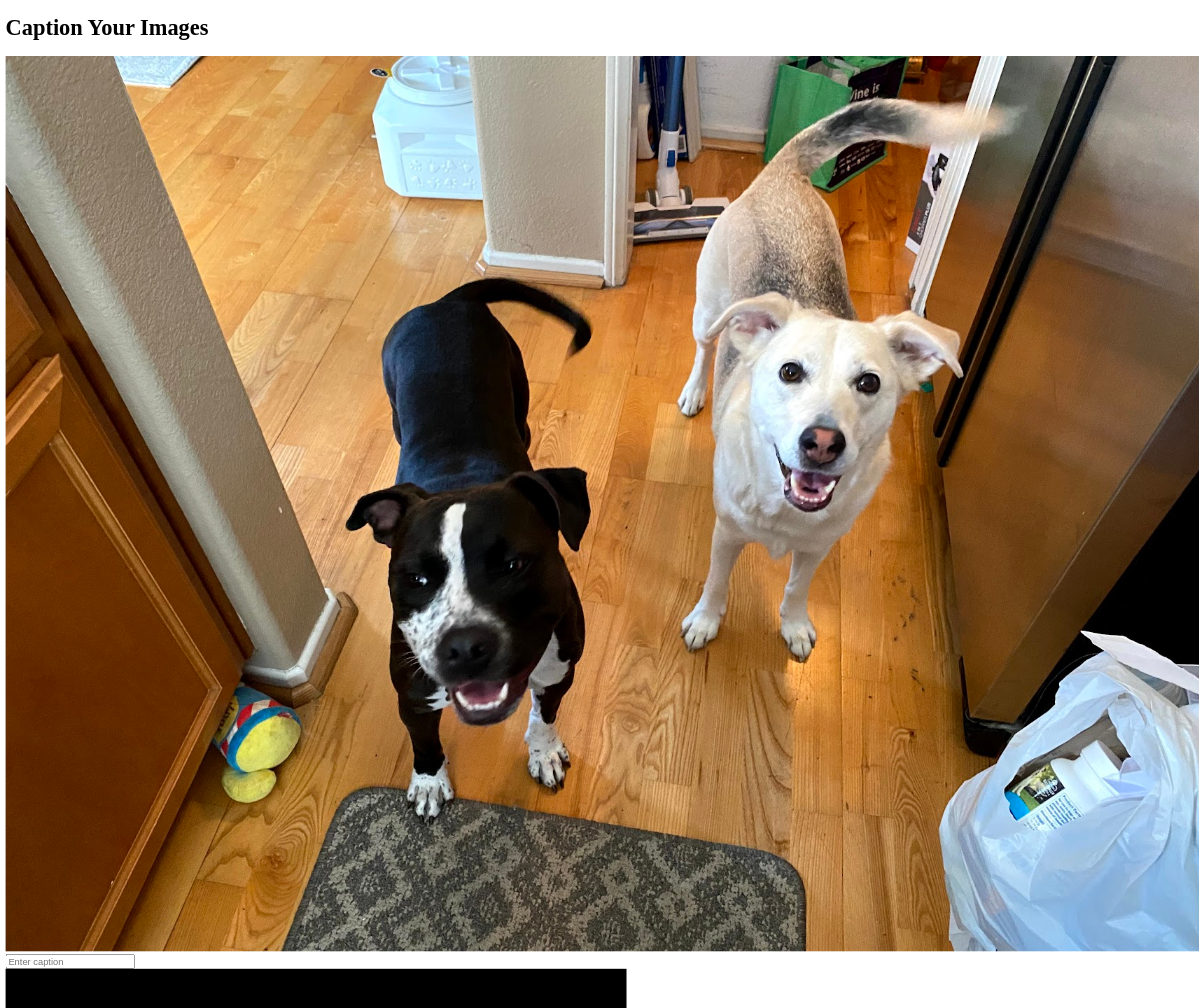
Repository: Mesablip/Mesablip.github.io
Page: http://localhost/caption
The author's editor kept a copy of each file at every save. The page is drawn from the files as they stood at one save, then again after the next save.
The browser window is 1280 px wide. The page is 1713 px wide, then 1280 px, so the pictures cover 1713 px, including what lies to the right of the window. The pictures show the part of the page from y = 0 to 1440 px (the page is 3338 px tall before and 720 px after), at 70% of full size.
The page is served by the project's application, run on Flask 3 (backend.py).

Above is the page before, as saved 2023-09-17 01:14:49.

After the next save:
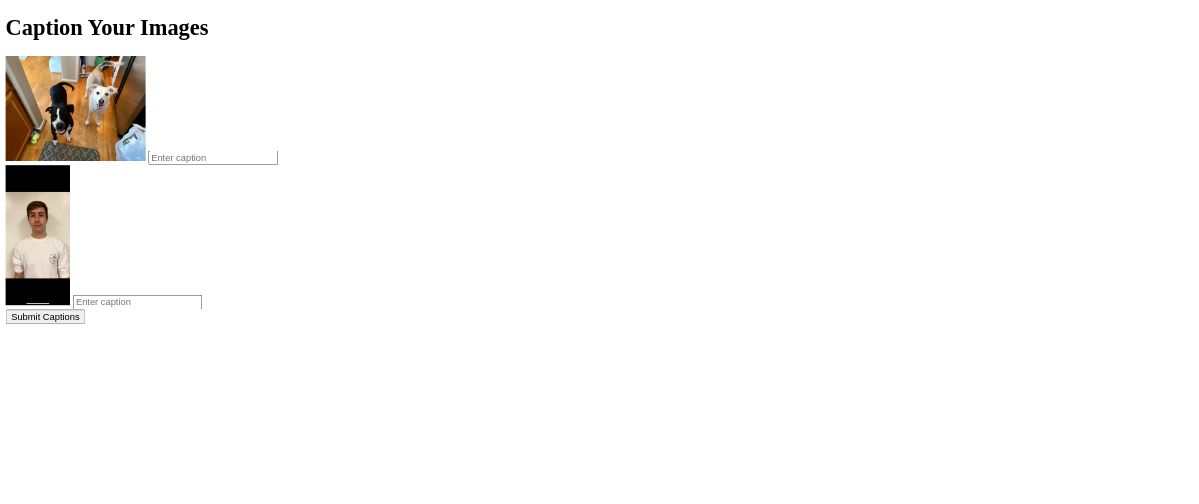
Saved 3 min 39 s later.
--- a/templates/caption.html
+++ b/templates/caption.html
@@ -9,7 +9,7 @@
     <form id="caption-form">
         {% for file_path in file_paths %}
             <div class="image-container">
-                <img src="{{ url_for('send_file', filename=file_path) }}" alt="Uploaded image">
+                <img src="{{ url_for('send_file', filename=file_path) }}" alt="Uploaded image" style="max-width:200px; max-height:200px; width:auto; height:auto;">
                 <input type="text" placeholder="Enter caption">
             </div>
         {% endfor %}
